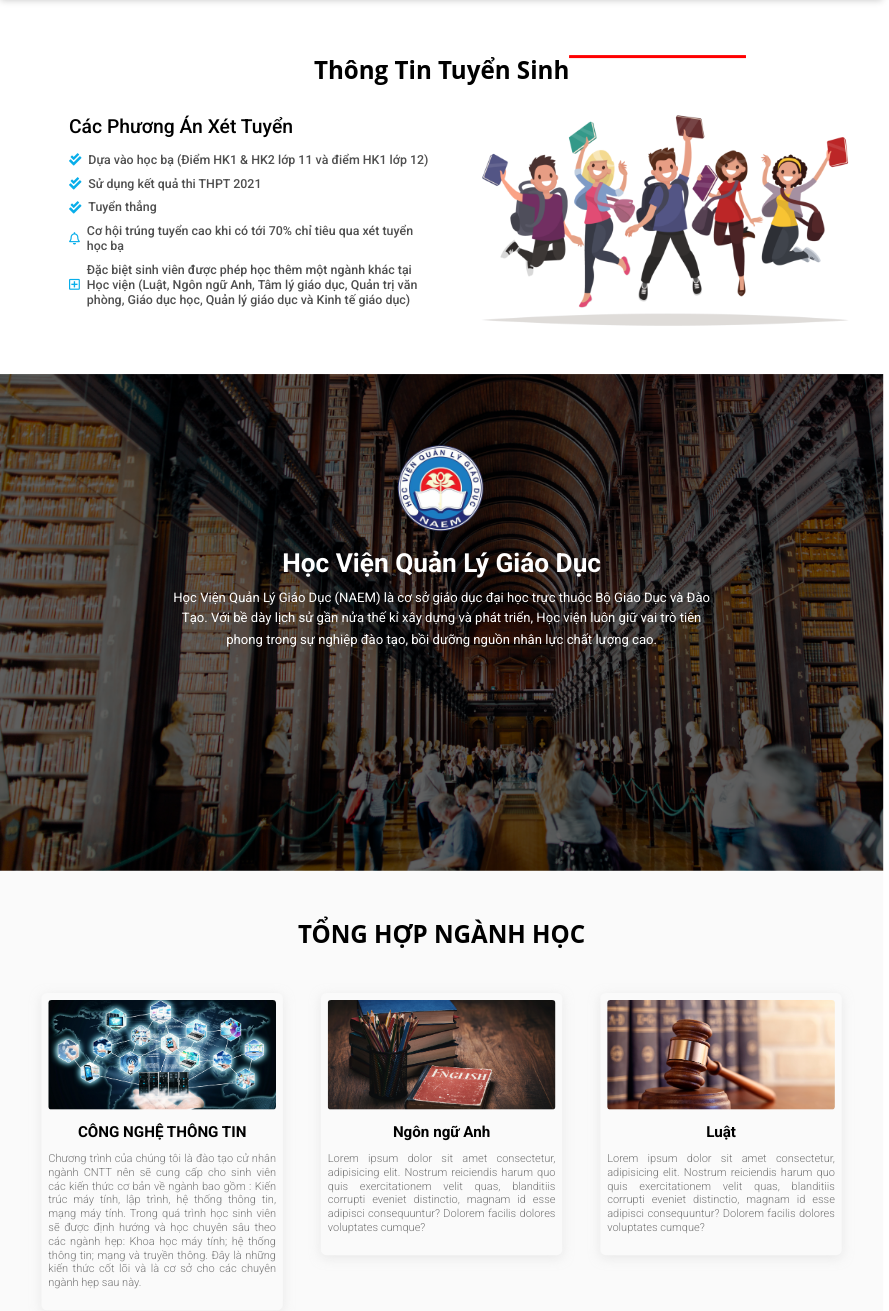
Repository: hongphuck1/trangweb1
Page: index.html
These files come from the project's save history. The page is drawn as it stood at one moment and after the next save; the edit follows.
The browser window is 1280 px wide. The page is 1288 px wide, so the pictures cover 1288 px, including what lies to the right of the window. The pictures show the part of the page from y = 661 to 2561 px (the page is 4941 px tall), at 69% of full size.

Above is the page before, as saved 2021-09-07 09:52:17.

After the next save:
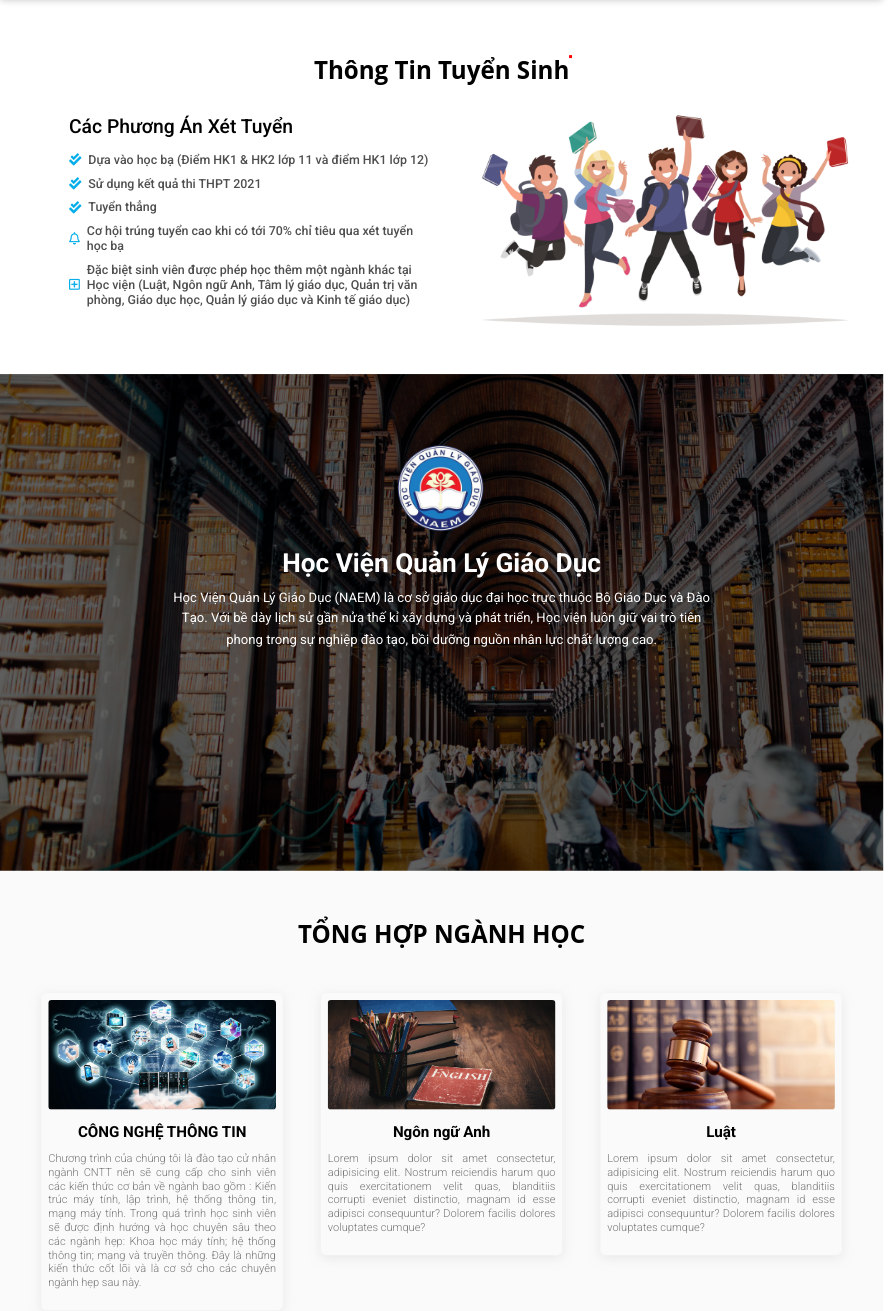
Saved 6 s later.
--- a/css/style.css
+++ b/css/style.css
@@ -212,8 +212,8 @@
           .container-body-name h1::after {
             content: "";
             position: absolute;
-            width: 20%;
-            height: 2px;
+            /* width: 20%; */
+            /* height: 2px; */
             border: 2px solid red;
             /* transform: translateX(-50%); */
             /* left: ; */

After the save that followed:
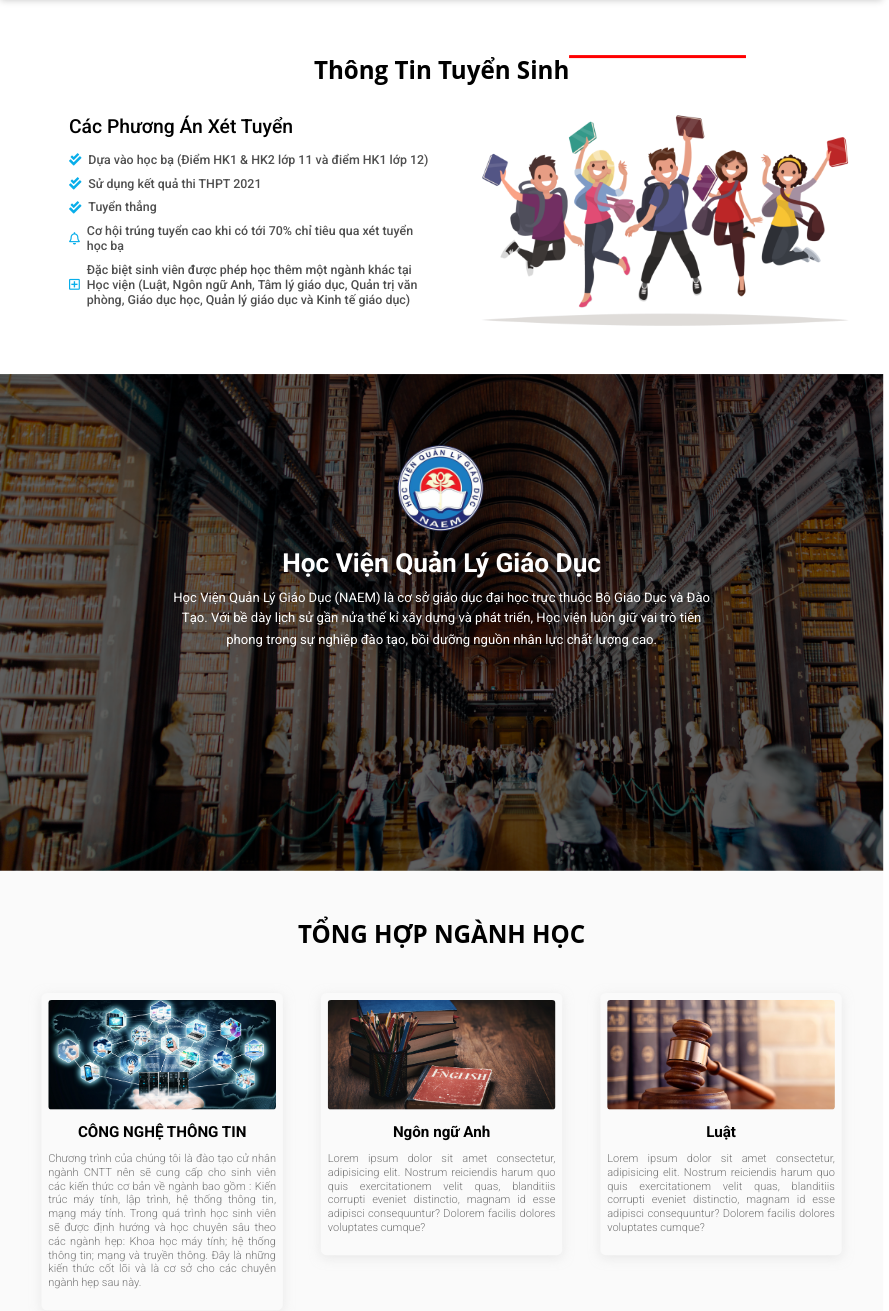
Saved 8 s later.
--- a/css/style.css
+++ b/css/style.css
@@ -212,7 +212,7 @@
           .container-body-name h1::after {
             content: "";
             position: absolute;
-            /* width: 20%; */
+            width: 20%;
             /* height: 2px; */
             border: 2px solid red;
             /* transform: translateX(-50%); */
